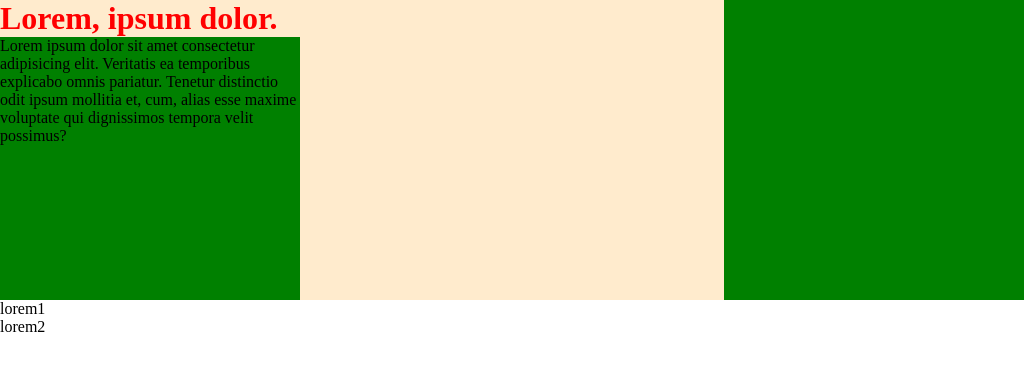
Repository: AytacSafarova/Scss-sample
Page: pages/homePage/index.html
These files come from the project's save history. The page is drawn as it stood at one moment and after a run of saves; the edit follows.
The browser window is 1024 px wide. The pictures show the whole page.
The style sheet was rebuilt from its Sass, Less or Tailwind sources for each picture, by a compiler version that may differ from the author's.

Above is the page before, as saved 2023-11-09 14:31:56.

### pages/homePage/index.html
<!DOCTYPE html>
<html lang="en">
  <head>
    <meta charset="UTF-8" />
    <meta name="viewport" content="width=device-width, initial-scale=1.0" />
    <title>Document</title>
    <link rel="stylesheet" href="../../assets/css/reset.css" />
    <link rel="stylesheet" href="./index.css">
  </head>
  <body>
    <div class="container">
      <div class="child">
        <h1>Lorem, ipsum dolor.</h1>
        <p>
          Lorem ipsum dolor sit amet consectetur adipisicing elit. Veritatis ea
          temporibus explicabo omnis pariatur. Tenetur distinctio odit ipsum
          mollitia et, cum, alias esse maxime voluptate qui dignissimos tempora
          velit possimus?
        </p>
      </div>
      <div class="child-1">
        <p>
          Lorem ipsum dolor sit amet consectetur, adipisicing elit. Hic, ab
          saepe alias consectetur natus mollitia cumque ducimus sapiente
          repudiandae deserunt amet officia similique quo distinctio autem! Aut
          laborum doloremque itaque.
        </p>
      </div>
    </div>
    <div class="container-1">
      <p>lorem1</p>
      <p>lorem2</p>
    </div>
  </body>
</html>

### assets/css/reset.css
*{
    margin: 0;
    padding: 0;
    box-sizing: border-box;
}
button{
    border: none;
}
li{
    list-style-type:none ;
}
a{
    text-decoration: none;
}

### pages/homePage/index.scss
/* variable */
$boxColor:green;

/* mixins */
@mixin box-size {
    width: 300px;
    height: 300px;
}
@mixin display-style{
    display:flex;
    justify-content:space-between;
    align-items:center;
}

.container {
    @include display-style;
  background-color: aqua;
  @media screen  and (max-width:1024px){
    background-color: blanchedalmond;
  }
  @media screen  and (max-width:768px){
    background-color:yellow;
  }
  .child {
    @include box-size;
    background-color: $boxColor;
    h1 {
      color: red;
      @media screen  and (max-width:1024px){
        background-color: blanchedalmond;
      }
      @media screen  and (max-width:768px){
        background-color:yellow;
      }
    }
  }
  .child-1{
    @include box-size;
    background-color: $boxColor;
    p{
        color: green;
    }
  }
}

After the next 2 saves:
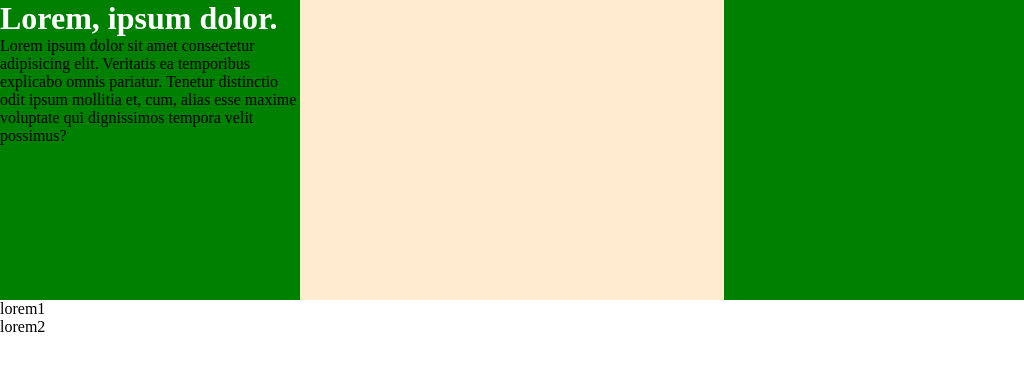
The 2 saves are shown as one change because they came seconds apart.
The last was saved 6 s later.
--- a/pages/homePage/index.scss
+++ b/pages/homePage/index.scss
@@ -27,7 +27,7 @@ $boxColor:green;
     h1 {
       color: red;
       @media screen  and (max-width:1024px){
-        background-color: blanchedalmond;
+     color: white;
       }
       @media screen  and (max-width:768px){
         background-color:yellow;
